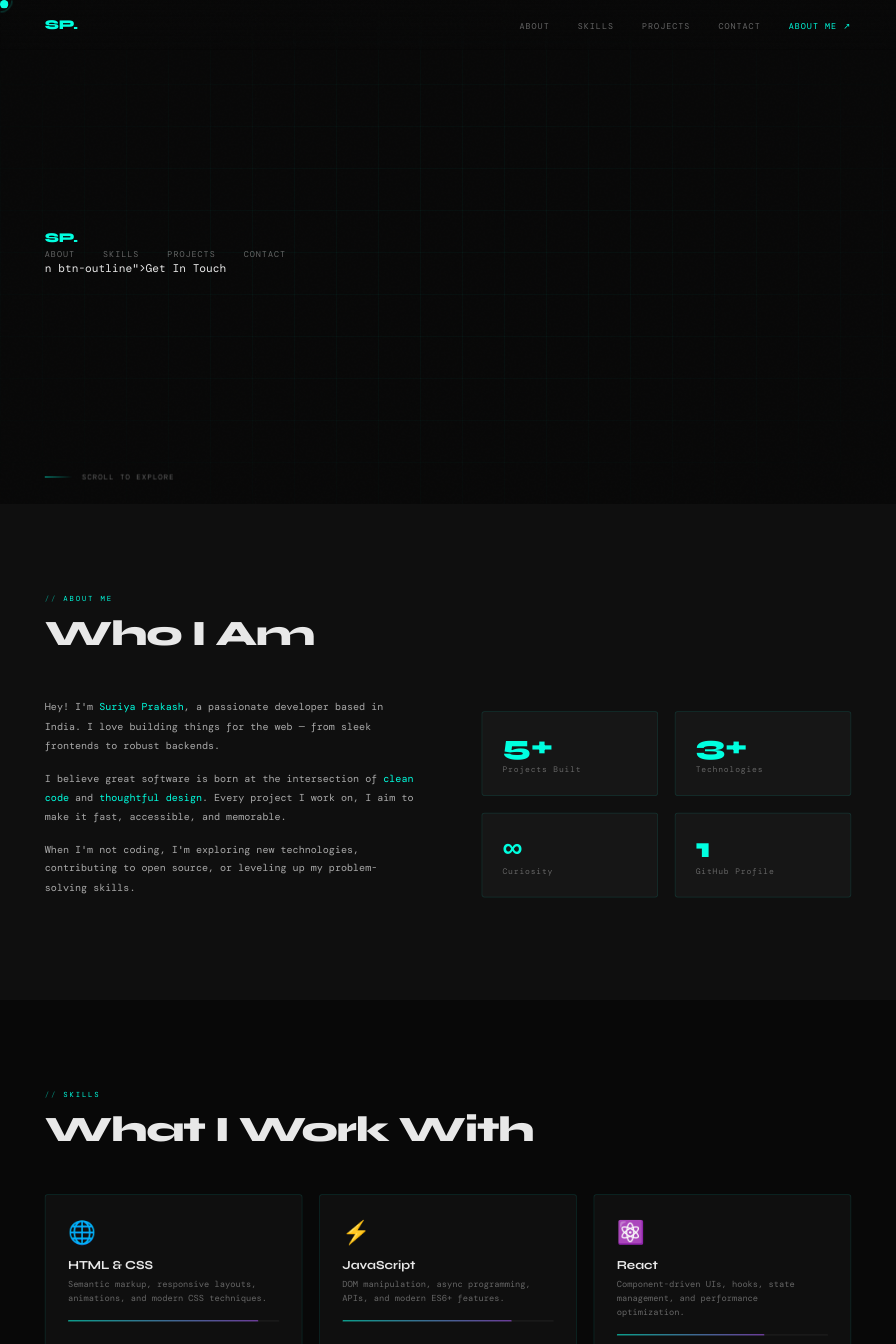
Repository: Suriyaprakash0901/PortoFolio
Page: index.html
An editor plug-in stored every save of this project. The page is shown before and after the next save, followed by the edit.
The browser window is 1280 px wide. The pictures show the part of the page from y = 0 to 1920 px (the page is 4016 px tall before and 4058 px after), at 70% of full size.
Some web fonts or font styles are not loaded; a fallback is used.

Above is the page before, as saved 2026-03-14 11:25:03.

After the next save:
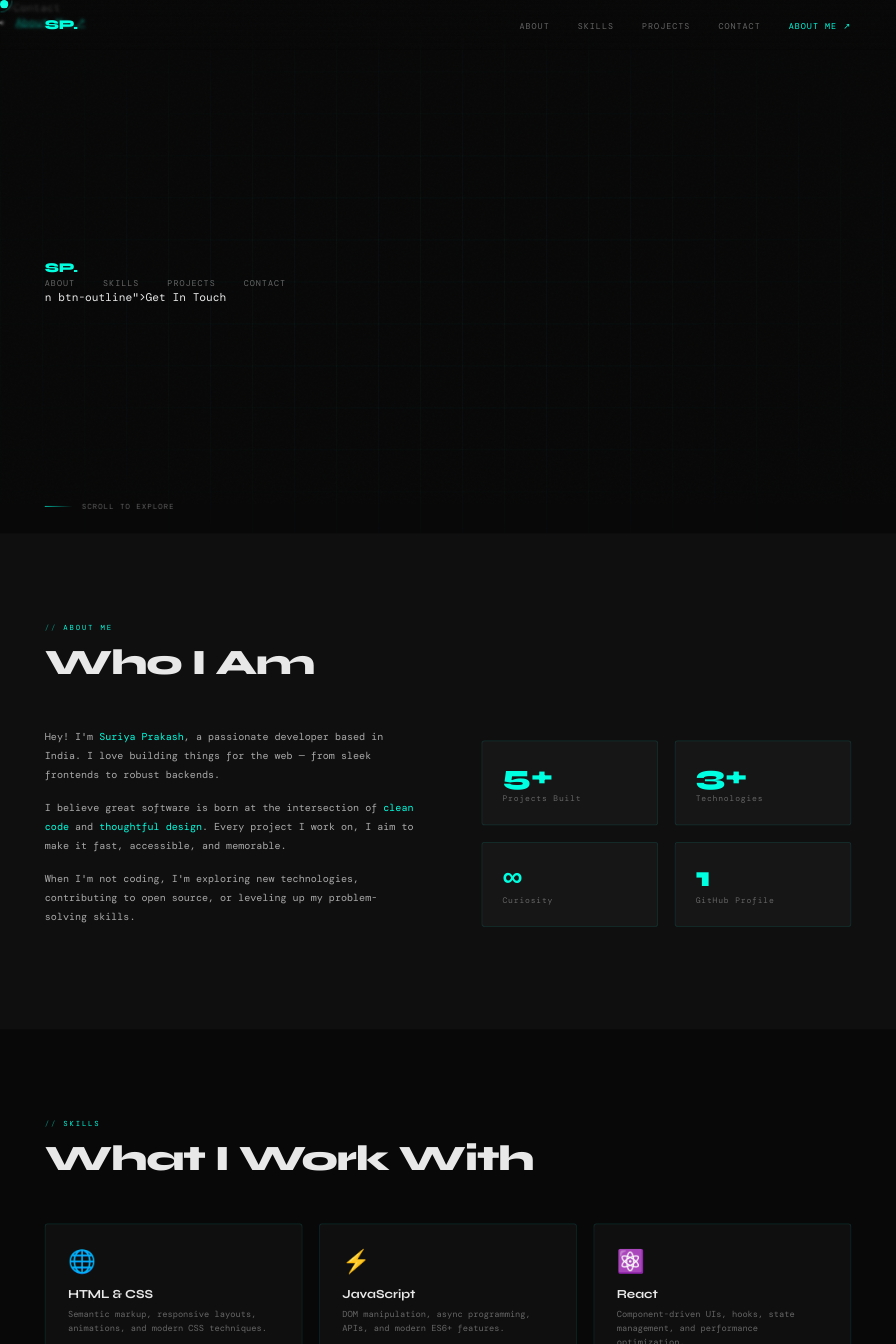
Saved 4 s later.
--- a/index.html
+++ b/index.html
@@ -472,6 +472,10 @@
     <li><a href="about.html" style="color: var(--neon);">About Me ↗</a></li>
   </ul>
 </nav>
+">Contact</a></li>
+    <li><a href="about.html" style="color: var(--neon);">About Me ↗</a></li>
+  </ul>
+</nav>
 
   <!-- HERO -->
   <section id="hero">
@@ -628,7 +632,7 @@ n btn-outline">Get In Touch</a>
           <a href="https://linkedin.com/in/yourprofile" target="_blank" class="social-link">
             <span class="social-icon">💼</span> LinkedIn — Update your link
           </a>
-          <a href="mailto:your@email.com" class="social-link">
+          <a href="mailto:your@em="social-link">
             <span class="social-icon">✉️</span> Email — your@email.com
           </a>
         </div>
